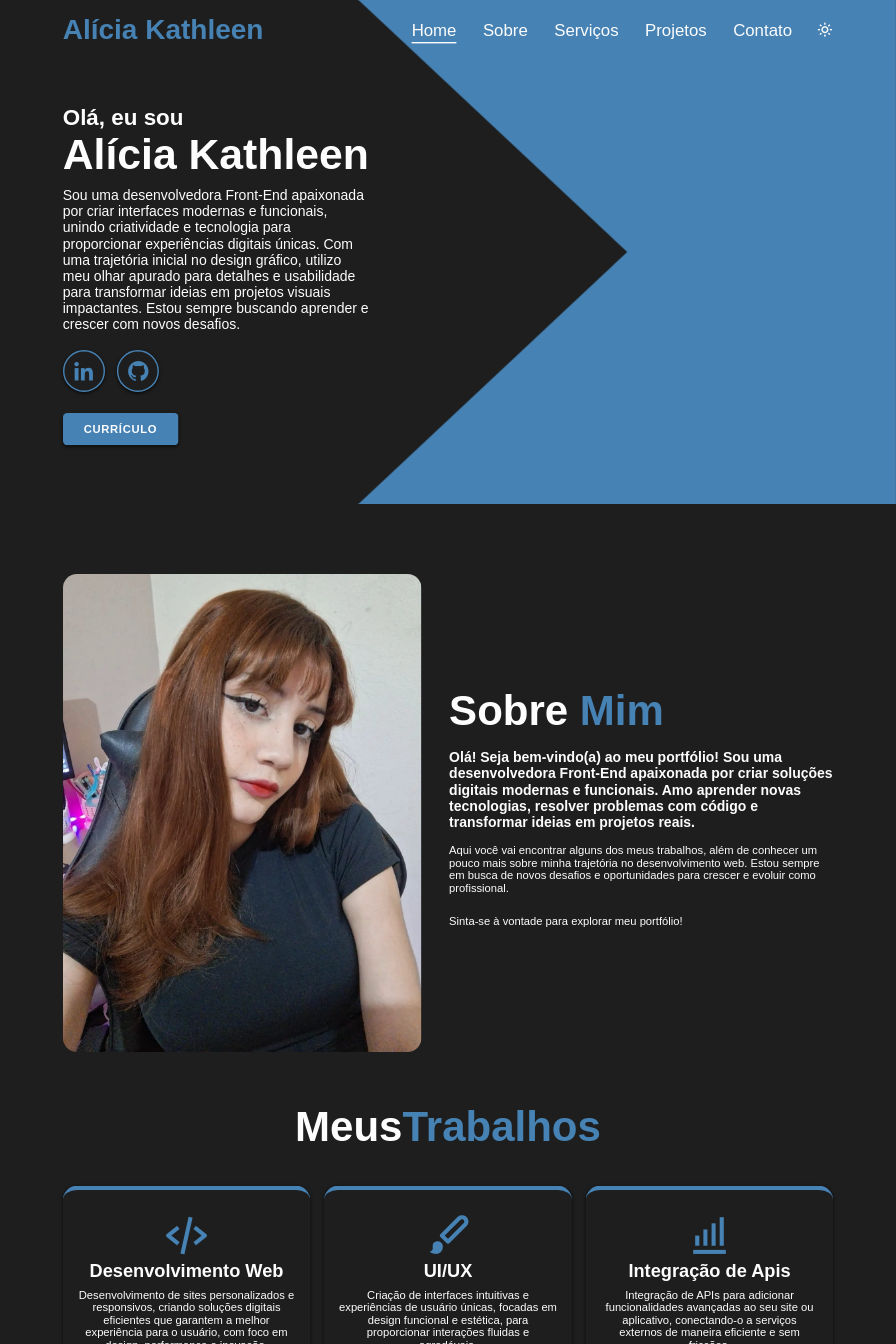
Repository: AliciaKathleen/portfolio-2025
Page: index.html
The author's editor kept a copy of each file at every save. The page is drawn from the files as they stood at one save, then again after the next save.
The browser window is 1280 px wide. The pictures show the part of the page from y = 0 to 1920 px (the page is 3946 px tall), at 70% of full size.
Empty fields were first filled with sample values (such as "Sample", 5 or name@example.com).
After loading, the first visible `#darkMode-icon` was clicked once.

Above is the page before, as saved 2025-01-27 16:58:43.
Console error: TypeError: Cannot read properties of null (reading 'classList')

After the next save:
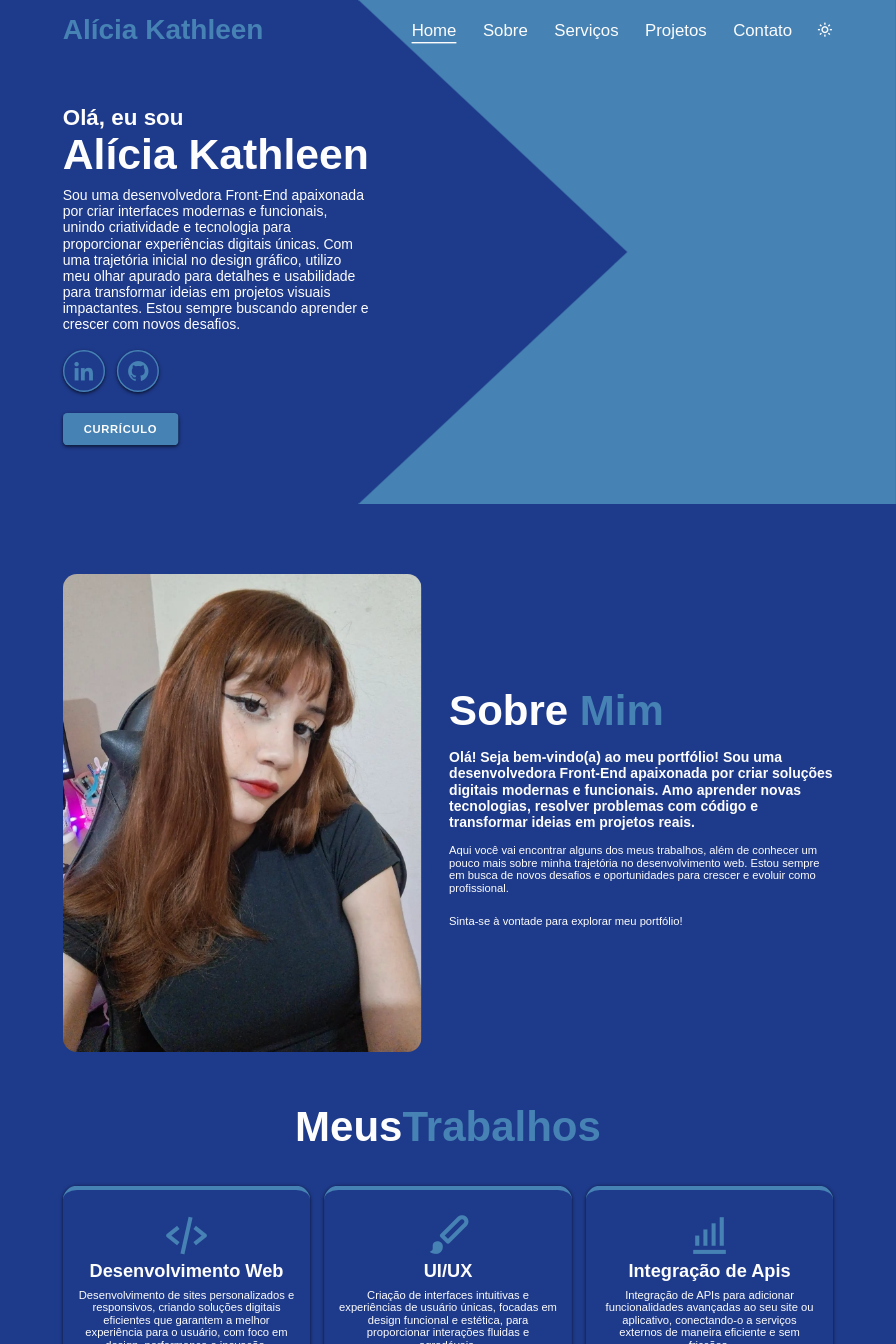
Saved 22 s later.
--- a/style.css
+++ b/style.css
@@ -23,7 +23,7 @@
 }
 
 .dark-mode {
-    --bg-color: #1E1E1E;
+    --bg-color: #1E3A8A;
     --text-color: #fdfdfd;
     --shadow-color: rgba(0, 0, 0, .7);
 }
